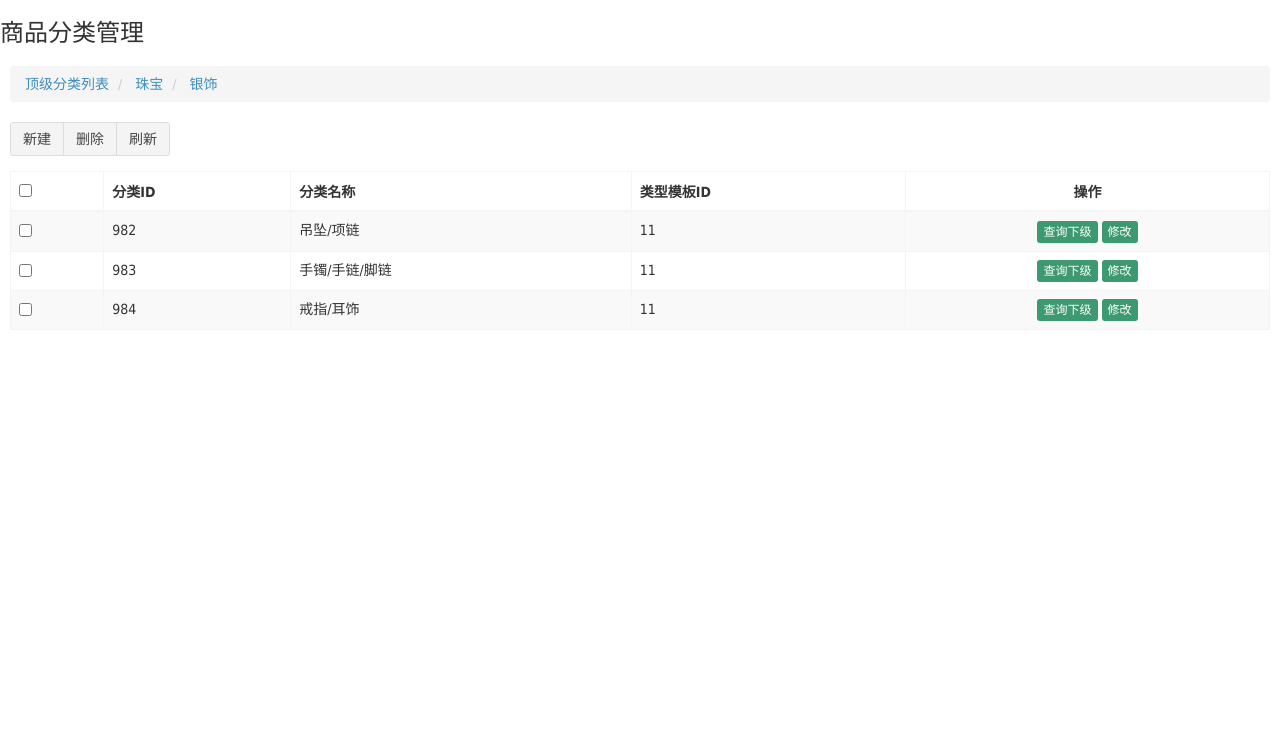
Repository: ybn19951020/pyg
Page: pinyougou-manager-web/src/main/webapp/admin/item_cat.html
An editor plug-in stored every save of this project. The page is shown before and after the next save, followed by the edit.
The browser window is 1280 px wide. The pictures show the whole page.

Above is the page before, as saved 2019-06-26 16:22:08.

### pinyougou-manager-web/src/main/webapp/admin/item_cat.html
<!DOCTYPE html>
<html>

<head>
	<!-- 页面meta -->
	<meta charset="utf-8">
	<meta http-equiv="X-UA-Compatible" content="IE=edge">
	<title>商品分类管理</title>
	<meta content="width=device-width,initial-scale=1,maximum-scale=1,user-scalable=no" name="viewport">
	<link rel="stylesheet" href="../plugins/bootstrap/css/bootstrap.min.css">
	<link rel="stylesheet" href="../plugins/adminLTE/css/AdminLTE.css">
	<link rel="stylesheet" href="../plugins/adminLTE/css/skins/_all-skins.min.css">
	<link rel="stylesheet" href="../css/style.css">
	<script src="../plugins/jQuery/jquery-2.2.3.min.js"></script>
	<script src="../plugins/bootstrap/js/bootstrap.min.js"></script>

	<script type="text/javascript" src="../plugins/angularjs/angular.min.js">  </script>
	<script type="text/javascript" src="../js/base.js">  </script>
	<script type="text/javascript" src="../js/service/itemCatService.js">  </script>
	<script type="text/javascript" src="../js/controller/baseController.js">  </script>
	<script type="text/javascript" src="../js/controller/itemCatController.js"> </script>


</head>

<body class="hold-transition skin-red sidebar-mini" ng-app="pinyougou" ng-controller="itemCatController"  ng-init="findByParentId(0)>
	<!-- .box-body -->

	<div class="box-header with-border">
		<h3 class="box-title">商品分类管理
		</h3>
	</div>

	<div class="box-body">
		<ol class="breadcrumb">
			<li>
				<a href="#">顶级分类列表</a>
			</li>
			<li>
				<a href="#">珠宝</a>
			</li>
			<li>
				<a href="#">银饰</a>
			</li>
		</ol>

		<!-- 数据表格 -->
		<div class="table-box">

			<!--工具栏-->
			<div class="pull-left">
				<div class="form-group form-inline">
					<div class="btn-group">
						<button type="button" class="btn btn-default" title="新建" data-toggle="modal" data-target="#editModal">
							<i class="fa fa-file-o"></i> 新建</button>
						<button type="button" class="btn btn-default" title="删除">
							<i class="fa fa-trash-o"></i> 删除</button>
						<button type="button" class="btn btn-default" title="刷新">
							<i class="fa fa-check"></i> 刷新</button>

					</div>
				</div>
			</div>


			<!--数据列表-->
			<table id="dataList" class="table table-bordered table-striped table-hover dataTable">
				<thead>
					<tr>
						<th class="" style="padding-right:0px">
							<input type="checkbox" class="icheckbox_square-blue">
						</th>
						<th class="sorting_asc">分类ID</th>
						<th class="sorting">分类名称</th>
						<th class="sorting">类型模板ID</th>

						<th class="text-center">操作</th>
					</tr>
				</thead>
				<tbody>
					<tr>
						<td>
							<input type="checkbox">
						</td>
						<td>982</td>
						<td>吊坠/项链</td>
						<td>
							11
						</td>
						<td class="text-center">
							<button type="button" class="btn bg-olive btn-xs">查询下级</button>
							<button type="button" class="btn bg-olive btn-xs" data-toggle="modal" data-target="#editModal">修改</button>
						</td>
					</tr>
					<tr>
						<td>
							<input type="checkbox"> </td>
						<td>983</td>
						<td>手镯/手链/脚链</td>
						<td>
							11
						</td>
						<td class="text-center">
							<button type="button" class="btn bg-olive btn-xs">查询下级</button>
							<button type="button" class="btn bg-olive btn-xs" data-toggle="modal" data-target="#editModal">修改</button>
						</td>
					</tr>
					<tr>
						<td>
							<input type="checkbox">
						</td>
						<td>984</td>
						<td>戒指/耳饰</td>
						<td>
							11
						</td>
						<td class="text-center">
							<button type="button" class="btn bg-olive btn-xs">查询下级</button>
							<button type="button" class="btn bg-olive btn-xs" data-toggle="modal" data-target="#editModal">修改</button>
						</td>
					</tr>
				</tbody>
			</table>
			<!--数据列表/-->

		</div>
		<!-- 数据表格 /-->




	</div>
	<!-- /.box-body -->


	<!-- 编辑窗口 -->
	<div class="modal fade" id="editModal" tabindex="-1" role="dialog" aria-labelledby="myModalLabel" aria-hidden="true">
		<div class="modal-dialog">
			<div class="modal-content">
				<div class="modal-header">
					<button type="button" class="close" data-dismiss="modal" aria-hidden="true">×</button>
					<h3 id="myModalLabel">商品分类编辑</h3>
				</div>
				<div class="modal-body">

					<table class="table table-bordered table-striped" width="800px">
						<tr>
							<td>上级商品分类</td>
							<td>
								珠宝 >> 银饰
							</td>
						</tr>
						<tr>
							<td>商品分类名称</td>
							<td>
								<input class="form-control" placeholder="商品分类名称"> </td>
						</tr>
						<tr>
							<td>类型模板</td>
							<td>
								<input select2 config="options['type_template']" placeholder="商品类型模板" class="form-control" type="text" />
							</td>
						</tr>
					</table>

				</div>
				<div class="modal-footer">
					<button class="btn btn-success" data-dismiss="modal" aria-hidden="true">保存</button>
					<button class="btn btn-default" data-dismiss="modal" aria-hidden="true">关闭</button>
				</div>
			</div>
		</div>
	</div>
</body>

</html>

### pinyougou-manager-web/src/main/webapp/css/style.css
/* tab 1*/
.double {
	line-height: 58px;
}
.title .glyphicon{
	padding: 3px;
	font-size: 13px;
    border-radius: 8px;
    color: #fff;

}
.data span.arrowup {
	color: #d88918;
}
.data span.arrowdown {
	color: #6bb10a;
}
.item-blue .glyphicon{
	background-color: #39a9ea;
}
.item-green {
	line-height: 58px;
}
.item-green .glyphicon{
	background-color: #6bb10a;
	line-height: 12px;
}
.item-orange .glyphicon{
	background-color:#d88918;
}
.item-red .glyphicon{
	background-color: #f14f4f;
}
.chart .chart-box {
	margin: 10px;
}

/* 数据表格label */
.content-wrapper .data-type {
	/*width: 90%;*/
	margin: 10px 5px;
	border:1px solid #d4d4d4;
	border-radius: 2px;
}
.data-type .title,
.data-type .data {
	padding: 3px 12px;
	border-top: 1px solid #d4d4d4;
	overflow: hidden;
    height: 42px;
}
.data-type .title {
    line-height: 34px;
	border-right: 1px solid #d4d4d4;
}

.data-type .data:last-child{
	border-right: 0;
}
.data-type .title{
	text-align: center;
	background: #ececec;
}
.data-type .data .line{
	vertical-align: middle;
	overflow: hidden;
	padding-bottom: 10px;
	padding-top: 10px;
}

/* label行高度 */
.data-type .data > label {
	line-height:36px;
}
.data-type .data > .form-group {
	line-height:36px;
}
.data-type .data.text {
	line-height:36px;
}
/* label行分隔符 */
.data-type .data.border-right {
	border-right: 1px solid #d4d4d4;
}

/* 表格双倍高度 */
.data-type .title.rowHeight2x,
.data-type .data.rowHeight2x {
	height:84px;
}
.data-type .title.rowHeight2x {
	line-height:78px;
}
/*.data-type .data.rowHeight2x > label {
	line-height:78px;
}*/
.data-type .title.editer,
.data-type .data.editer {
	height:320px;
}
.data-type .title.editer {
	line-height:300px;
}

/*清除parding*/
.padding-clear {
	padding-right: 0px;
	padding-left: 0px;
}

/* 文件上传 */
/*a  upload */
.a-upload {
    padding: 4px 10px;
    height: 35px;
    line-height: 25px;
    position: relative;
    cursor: pointer;
    color: #888;
    background: #fafafa;
    border: 1px solid #ddd;
    border-radius: 4px;
    overflow: hidden;
    display: inline-block;
    *display: inline;
    *zoom: 1
}
.a-upload  input {
    position: absolute;
    font-size: 100px;
    right: 0;
    top: 0;
    opacity: 0;
    filter: alpha(opacity=0);
    cursor: pointer
}
.a-upload:hover {
    color: #444;
    background: #eee;
    border-color: #ccc;
    text-decoration: none
}

### pinyougou-manager-web/src/main/webapp/js/base.js
var app = angular.module('pinyougou', []);//定义品优购模块

### pinyougou-manager-web/src/main/webapp/js/service/itemCatService.js
//服务层
app.service('itemCatService',function($http){

	//读取列表数据绑定到表单中
	this.findAll=function(){
		return $http.get('../itemCat/findAll.do');
	}
	//分页
	this.findPage=function(page,rows){
		return $http.get('../itemCat/findPage.do?page='+page+'&rows='+rows);
	}
	//查询实体
	this.findOne=function(id){
		return $http.get('../itemCat/findOne.do?id='+id);
	}
	//增加
	this.add=function(entity){
		return  $http.post('../itemCat/add.do',entity );
	}
	//修改
	this.update=function(entity){
		return  $http.post('../itemCat/update.do',entity );
	}
	//删除
	this.dele=function(ids){
		return $http.get('../itemCat/delete.do?ids='+ids);
	}
	//搜索
	this.search=function(page,rows,searchEntity){
		return $http.post('../itemCat/search.do?page='+page+"&rows="+rows, searchEntity);
	}
	//根据上级ID查询商品分类列表
	this.findByParentId=function(parentId){
		return $http.get('../itemCat/findByParentId.do?parentId='+parentId);
	}
});

### pinyougou-manager-web/src/main/webapp/js/controller/baseController.js
app.controller('baseController', function ($scope) {

    //分页控件配置
    $scope.paginationConf = {
        currentPage: 1,//当前页
        totalItems: 10,//总记录数
        itemsPerPage: 10,//每页记录数
        perPageOptions: [10, 20, 30, 40, 50],//分页选项
        onChange: function () {//onChange当页码变更后自动触发的方法
            $scope.reloadList();
        }
    };

    //刷新列表
    $scope.reloadList = function () {
        $scope.search($scope.paginationConf.currentPage, $scope.paginationConf.itemsPerPage);
    };


    //用户勾选复选框
    $scope.selectIds = [];//用户勾选的ID集合

    //更新复选
    $scope.updateSelection = function ($event, id) {
        if ($event.target.checked) {
            $scope.selectIds.push(id);	//push向集合添加元素
        } else {
            var index = $scope.selectIds.indexOf(id);//查找值的位置
            $scope.selectIds.splice(index, 1);//参数1:移除的位置 参数2:移除的个数
        }

    };

    $scope.jsonToString = function (jsonString, key) {
        var json = JSON.parse(jsonString);
        var value = "";
        for (var i = 0; i < json.length; i++) {
            if(i>0){
                value+=",";
            }
            value += json[i][key];
        }
        return value;
    }
});

### pinyougou-manager-web/src/main/webapp/js/controller/itemCatController.js
 //控制层
app.controller('itemCatController' ,function($scope,$controller   ,itemCatService){

	$controller('baseController',{$scope:$scope});//继承

    //读取列表数据绑定到表单中
	$scope.findAll=function(){
		itemCatService.findAll().success(
			function(response){
				$scope.list=response;
			}
		);
	}

	//分页
	$scope.findPage=function(page,rows){
		itemCatService.findPage(page,rows).success(
			function(response){
				$scope.list=response.rows;
				$scope.paginationConf.totalItems=response.total;//更新总记录数
			}
		);
	}

	//查询实体
	$scope.findOne=function(id){
		itemCatService.findOne(id).success(
			function(response){
				$scope.entity= response;
			}
		);
	}

	//保存
	$scope.save=function(){
		var serviceObject;//服务层对象
		if($scope.entity.id!=null){//如果有ID
			serviceObject=itemCatService.update( $scope.entity ); //修改
		}else{
			serviceObject=itemCatService.add( $scope.entity  );//增加
		}
		serviceObject.success(
			function(response){
				if(response.success){
					//重新查询
		        	$scope.reloadList();//重新加载
				}else{
					alert(response.message);
				}
			}
		);
	}


	//批量删除
	$scope.dele=function(){
		//获取选中的复选框
		itemCatService.dele( $scope.selectIds ).success(
			function(response){
				if(response.success){
					$scope.reloadList();//刷新列表
					$scope.selectIds=[];
				}
			}
		);
	}

	$scope.searchEntity={};//定义搜索对象

	//搜索
	$scope.search=function(page,rows){
		itemCatService.search(page,rows,$scope.searchEntity).success(
			function(response){
				$scope.list=response.rows;
				$scope.paginationConf.totalItems=response.total;//更新总记录数
			}
		);
	}
	//根据上级ID查询商品分类列表
	$scope.findByParentId=function(parentId){
		itemCatService.findByParentId(parentId).success(
			function(response){
				$scope.list=response;
			}
		)
	}

});

Loaded but not shown: pinyougou-manager-web/src/main/webapp/plugins/bootstrap/css/bootstrap.min.css (library); pinyougou-manager-web/src/main/webapp/plugins/adminLTE/css/AdminLTE.css (library); pinyougou-manager-web/src/main/webapp/plugins/adminLTE/css/skins/_all-skins.min.css (library); pinyougou-manager-web/src/main/webapp/plugins/jQuery/jquery-2.2.3.min.js (library); pinyougou-manager-web/src/main/webapp/plugins/bootstrap/js/bootstrap.min.js (library); pinyougou-manager-web/src/main/webapp/plugins/angularjs/angular.min.js (library)

After the next save:
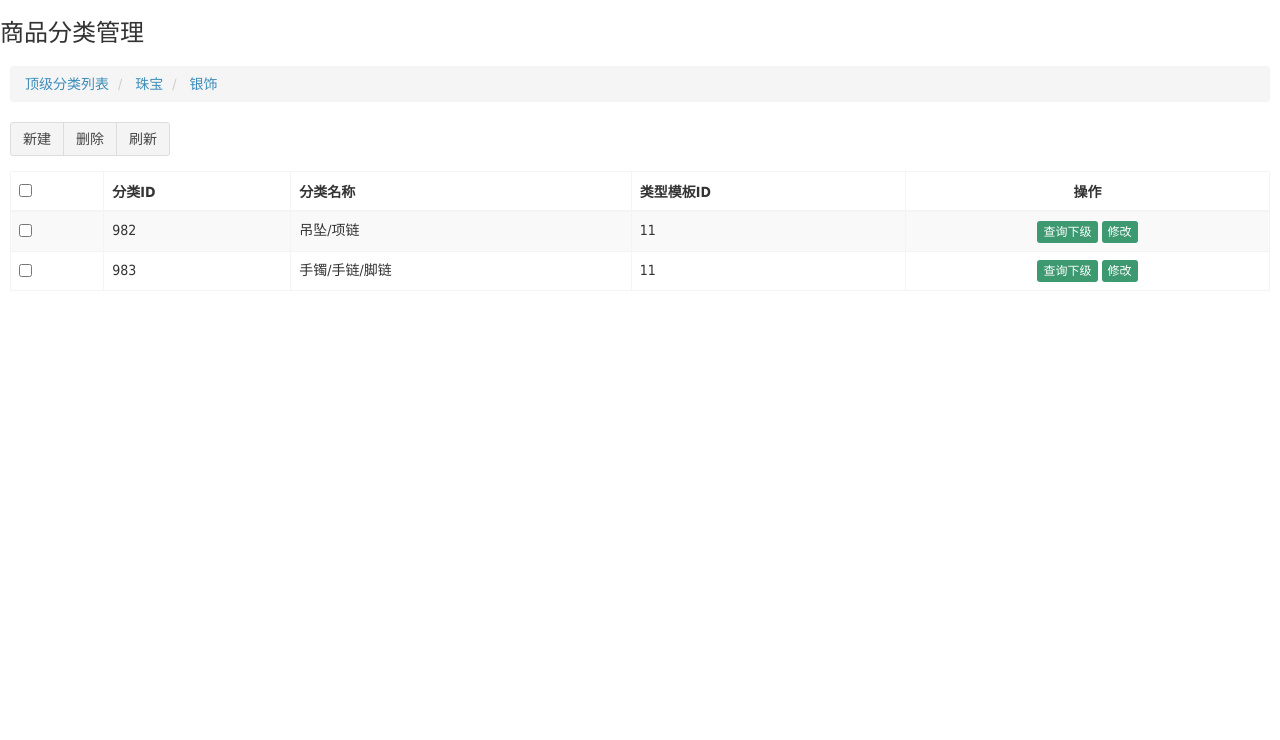
Saved 91 s later.
--- a/pinyougou-manager-web/src/main/webapp/admin/item_cat.html
+++ b/pinyougou-manager-web/src/main/webapp/admin/item_cat.html
@@ -105,20 +105,7 @@
 							<button type="button" class="btn bg-olive btn-xs" data-toggle="modal" data-target="#editModal">修改</button>
 						</td>
 					</tr>
-					<tr>
-						<td>
-							<input type="checkbox">
-						</td>
-						<td>984</td>
-						<td>戒指/耳饰</td>
-						<td>
-							11
-						</td>
-						<td class="text-center">
-							<button type="button" class="btn bg-olive btn-xs">查询下级</button>
-							<button type="button" class="btn bg-olive btn-xs" data-toggle="modal" data-target="#editModal">修改</button>
-						</td>
-					</tr>
+
 				</tbody>
 			</table>
 			<!--数据列表/-->
